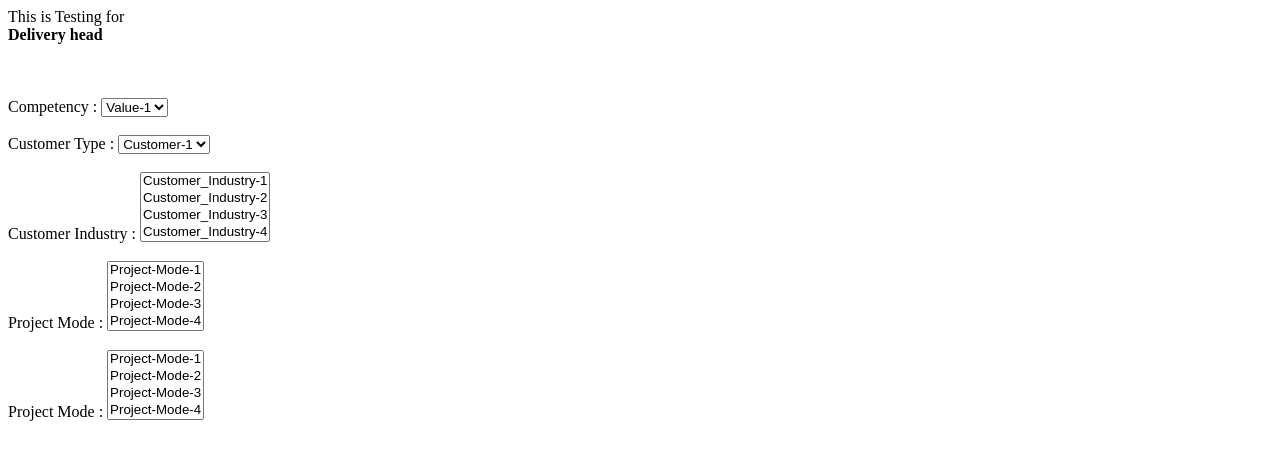
Repository: Perwaiz21/STS
Page: http://localhost/AWS_Web/
These files come from the project's save history. The page is drawn as it stood at one moment and after the next save; the edit follows.
The browser window is 1280 px wide. The pictures show the whole page.
The page is served by Tomcat 9.

Above is the page before, as saved 2021-02-18 08:49:37.

After the next save:
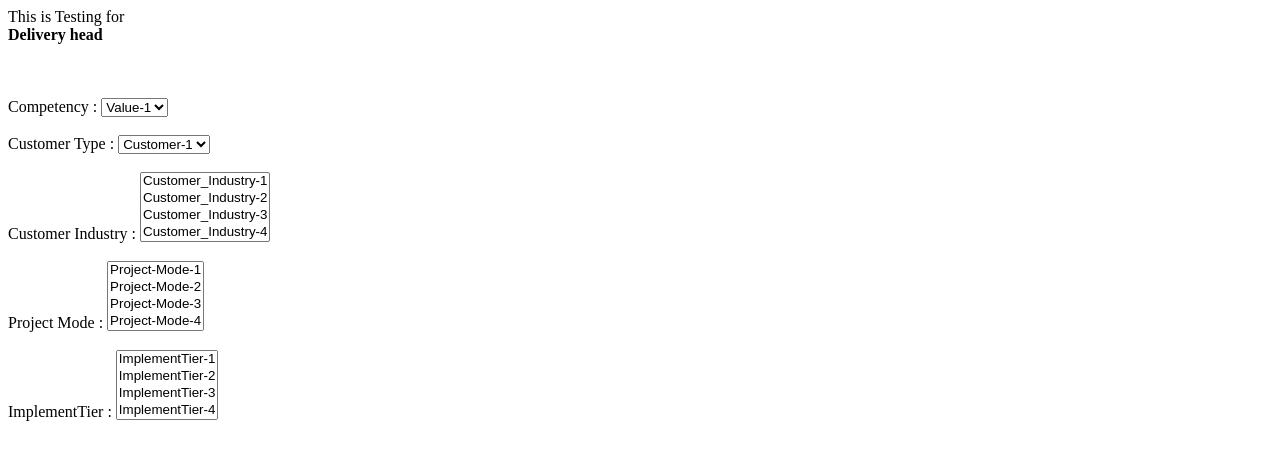
Saved 3 min 44 s later.
--- a/AWS_Web/WebContent/index.jsp
+++ b/AWS_Web/WebContent/index.jsp
@@ -59,15 +59,15 @@
 
 	<br>
 	<br>
-	<label for="Project Mode">Project Mode :</label>
-	<select name="Project-Mode" id="Project-Mode" multiple>
-		<option value="Project-Mode-1">Project-Mode-1</option>
-		<option value="Project-Mode-2">Project-Mode-2</option>
-		<option value="Project-Mode-3">Project-Mode-3</option>
-		<option value="Project-Mode-4">Project-Mode-4</option>
-		<option value="Project-Mode-5">Project-Mode-5</option>
-		<option value="Project-Mode-6">Project-Mode-6</option>
-		<option value="Project-Mode-7">Project-Mode-7</option>
+	<label for="ImplementTier ">ImplementTier :</label>
+	<select name="ImplementTier" id="ImplementTier" multiple>
+		<option value="ImplementTier-1 ">ImplementTier-1</option>
+		<option value="ImplementTier-2">ImplementTier-2</option>
+		<option value="ImplementTier-3">ImplementTier-3</option>
+		<option value="ImplementTier-4">ImplementTier-4</option>
+		<option value="ImplementTier-5">ImplementTier-5</option>
+		<option value="ImplementTier-6">ImplementTier-6</option>
+		<option value="ImplementTier-7">ImplementTier-7</option>
 	</select>
 
 
